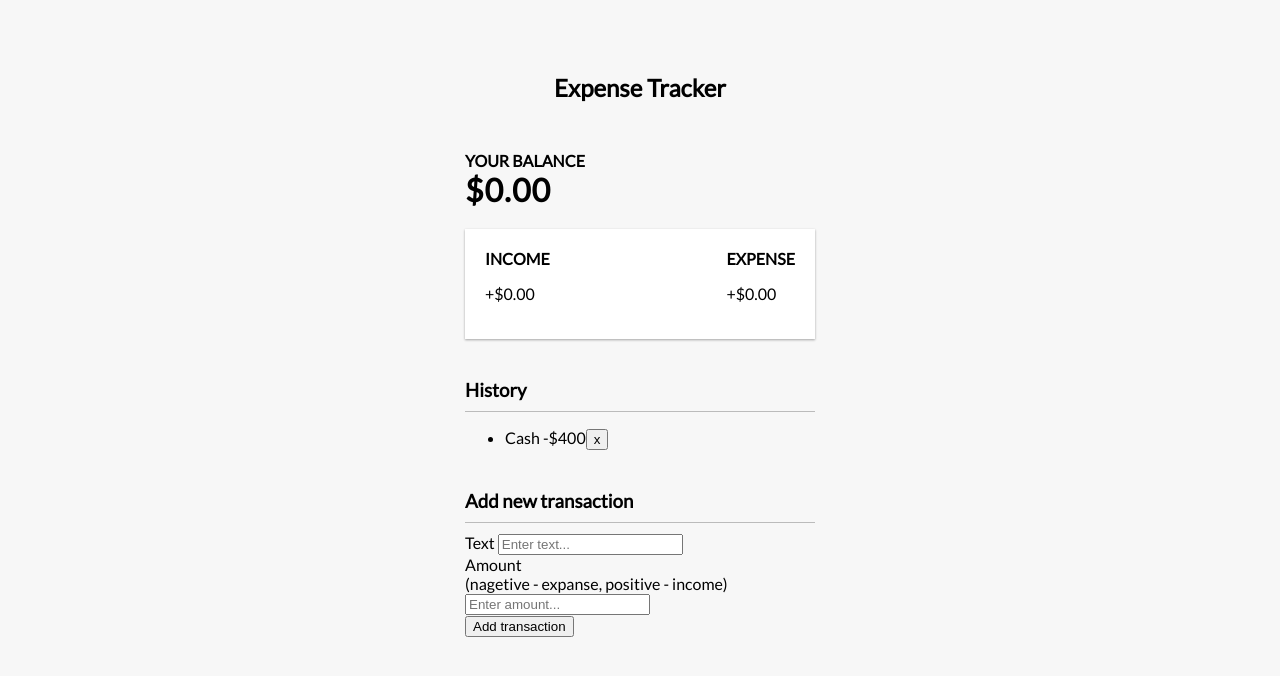
Repository: Youvelop/expenseTracker
Page: index.html
An editor plug-in stored every save of this project. The page is shown before and after the next save, followed by the edit.
The browser window is 1280 px wide. The pictures show the whole page.

Above is the page before, as saved 2020-06-30 12:49:07.

### index.html
<!DOCTYPE html>
<html lang="en">
  <head>
    <meta charset="UTF-8" />
    <meta name="viewport" content="width=device-width, initial-scale=1.0" />
    <link rel="stylesheet" href="style.css" />
    <title>Expense Tracker</title>
  </head>
  <body>
    <h2>Expense Tracker</h2>

    <div class="container">
      <h4>Your Balance</h4>
      <h1 id="balance">$0.00</h1>

      <div class="inc-exp-container">
        <div>
          <h4>Income</h4>
          <p id="money-plus" class="money plus">+$0.00</p>
        </div>
        <div>
          <h4>Expense</h4>
          <p id="money-minus" class="money minus">+$0.00</p>
        </div>
      </div>

      <h3>History</h3>
      <ul id="list" class="list">
        <li class="minus">
          Cash <span>-$400</span><button class="delete-btn">x</button>
        </li>
      </ul>

      <h3>Add new transaction</h3>
      <form id="form">
        <div class="form-control">
          <label for="text">Text</label>
          <input type="text" id="text" placeholder="Enter text..." />
        </div>
        <div class="form-control">
          <label for="amount"
            >Amount <br />
            (nagetive - expanse, positive - income)</label
          >
          <input type="number" id="amount" placeholder="Enter amount..." />
        </div>
        <button class="btn">Add transaction</button>
      </form>
    </div>
    <script src="script.js"></script>
  </body>
</html>

### style.css
@import url('https://fonts.googleapis.com/css?family=Lato&display=swap');

:root {
  --box-shadow: 0 1px 3px rgba(0, 0, 0, 0.12), 0 1px 2px rgba(0, 0, 0, 0.24);
}

* {
  box-sizing: border-box;
}
body {
  background-color: #f7f7f7;
  display: flex;
  flex-direction: column;
  align-items: center;
  justify-content: center;
  min-height: 100vh;
  margin: 0;
  font-family: 'Lato', sans-serif;
}

.container {
  margin: 30px;
  width: 350px;
}

h1 {
  letter-spacing: 1px;
  margin: 0;
}

h3 {
  border-bottom: 1px solid #bbb;
  padding-bottom: 10px;
  margin: 40px 0 10px;
}

h4 {
  margin: 0;
  text-transform: uppercase;
}

.inc-exp-container {
  background-color: #fff;
  box-shadow: var(--box-shadow);
  padding: 20px;
  display: flex;
  justify-content: space-between;
  margin: 20px 0;
}

inc-exp-container > div {
  flex: 1;
  text-align: center;
}

inc-exp-container > div:first-of-type {
  border-right: 1px solid #dedede;
}

Loaded but not shown: script.js (no copy from this time; the picture is the same without it)

After the next save:
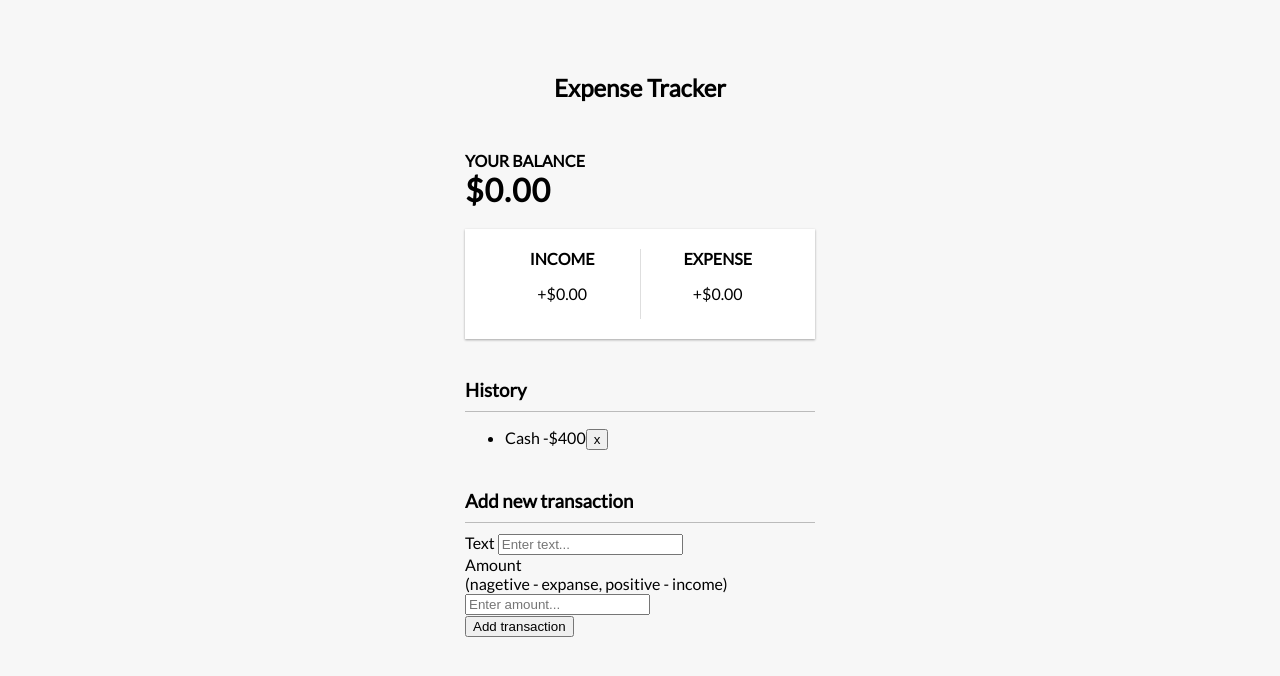
Saved 64 s later.
--- a/style.css
+++ b/style.css
@@ -48,11 +48,11 @@ h4 {
   margin: 20px 0;
 }
 
-inc-exp-container > div {
+.inc-exp-container > div {
   flex: 1;
   text-align: center;
 }
 
-inc-exp-container > div:first-of-type {
+.inc-exp-container > div:first-of-type {
   border-right: 1px solid #dedede;
 }
